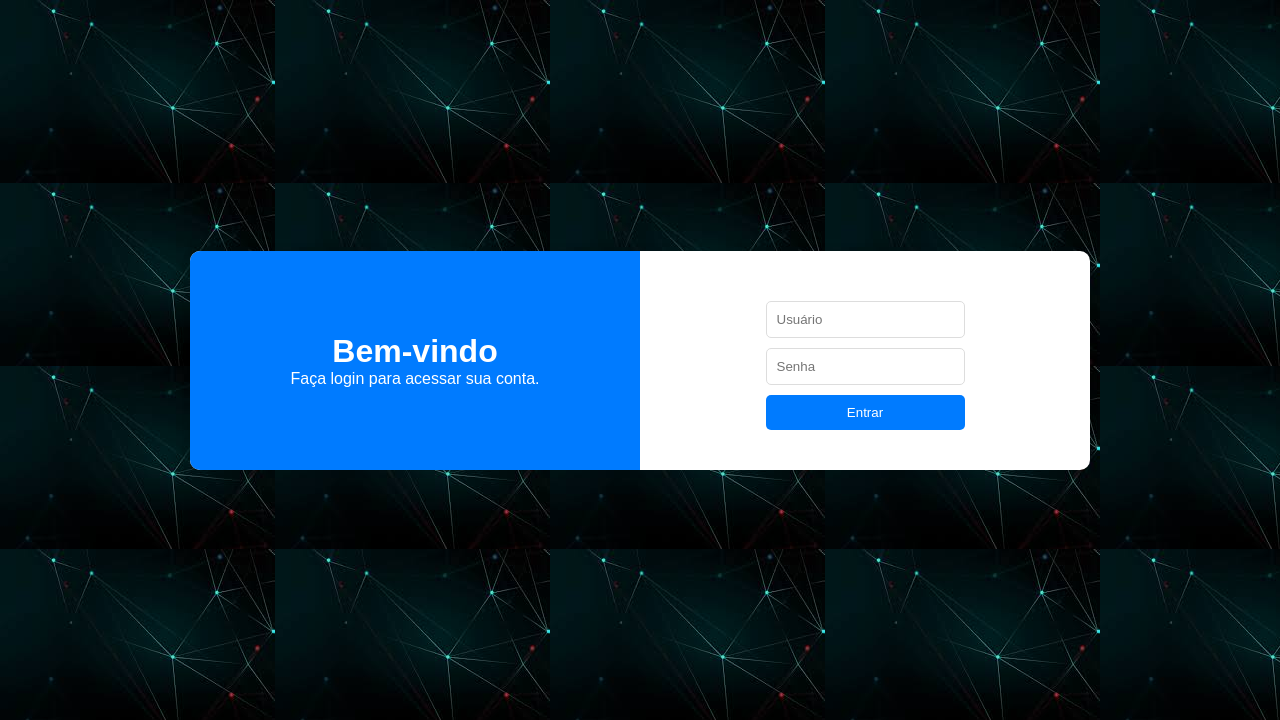
Repository: joao-paulo-paiva/tela-login
Page: index.html
The author's editor kept a copy of each file at every save. The page is drawn from the files as they stood at one save, then again after the next save.
The browser window is 1280 px wide. The pictures show the whole page.

Above is the page before, as saved 2025-04-15 10:43:13.

### index.html
<!DOCTYPE html>
<html lang="pt-br">
<head>
    <meta charset="UTF-8">
    <meta name="viewport" content="width=device-width, initial-scale=1.0">
    <title>Tela de Login</title>
    <link rel="stylesheet" href="style.css">
</head>
<body>
    <div class="container">
        <div class="esquerda">
            <h1>Bem-vindo</h1>
            <p>Faça login para acessar sua conta.</p>
        </div>
        <div class="direita">
            <form action="#" method="POST">
                <input type="text" placeholder="Usuário" required>
                <input type="password" placeholder="Senha" required>
                <button type="submit">Entrar</button>
            </form>
        </div>
    </div>
</body>
</html>

### style.css
* {
    margin: 0;
    padding: 0;
    box-sizing: border-box;
    font-family: Arial, sans-serif;
}

body {
    display: flex;
    justify-content: center;
    align-items: center;
    height: 100vh;
    background-image: url(./imagens/fundo-site.jfif);
    background: ;
}

.container {
    display: flex;
    width: 80%;
    max-width: 900px;
    background: white;
    box-shadow: 0 0 10px rgba(0,0,0,0.1);
    border-radius: 10px;
    overflow: hidden;
}

.esquerda, .direita {
    width: 50%;
    padding: 40px;
}

.esquerda {
    background-color: #007bff;
    color: white;
    display: flex;
    flex-direction: column;
    justify-content: center;
    align-items: center;
}

.direita {
    display: flex;
    flex-direction: column;
    justify-content: center;
    align-items: center;
}

input {
    display: block;
    width: 100%;
    padding: 10px;
    margin: 10px 0;
    border: 1px solid #ddd;
    border-radius: 5px;
}

button {
    width: 100%;
    padding: 10px;
    background-color: #007bff;
    color: white;
    border: none;
    border-radius: 5px;
    cursor: pointer;
}

After the next save:
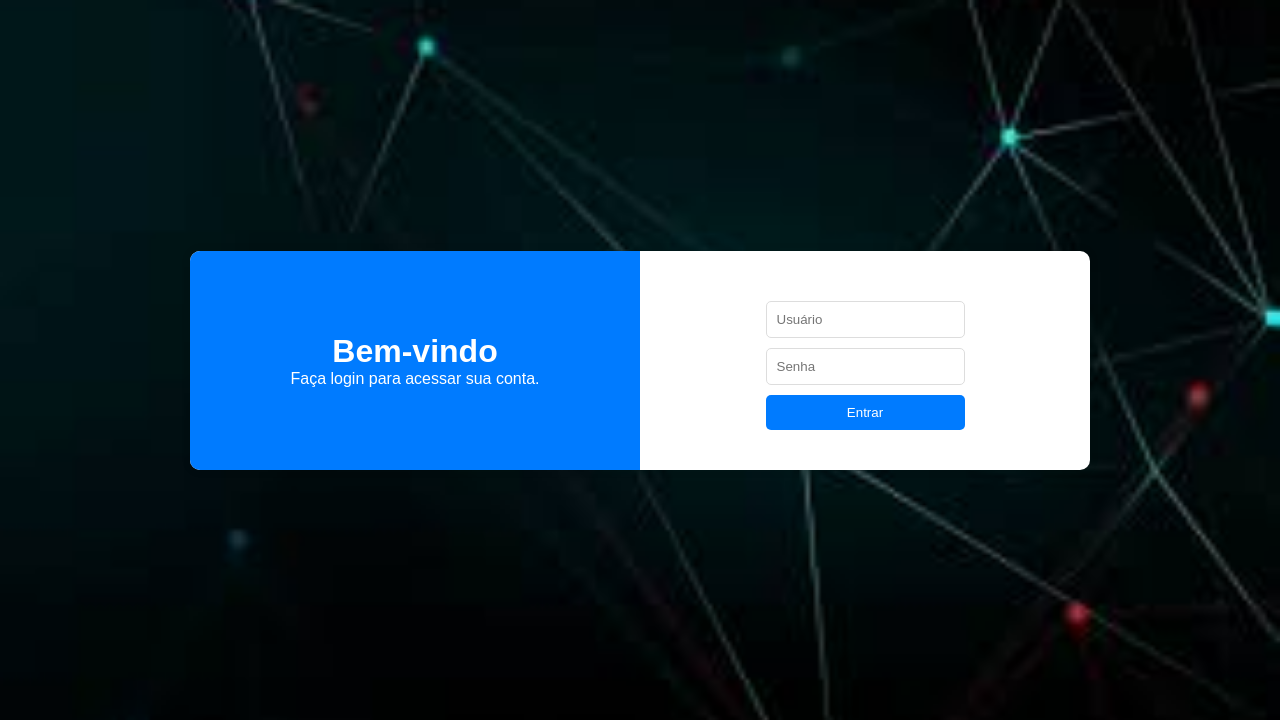
Saved 19 s later.
--- a/style.css
+++ b/style.css
@@ -11,7 +11,9 @@ body {
     align-items: center;
     height: 100vh;
     background-image: url(./imagens/fundo-site.jfif);
-    background: ;
+    background-size: cover; /* Faz a imagem preencher toda a tela */
+    background-position: center; /* Centraliza a imagem */
+    background-repeat: no-repeat;
 }
 
 .container {
